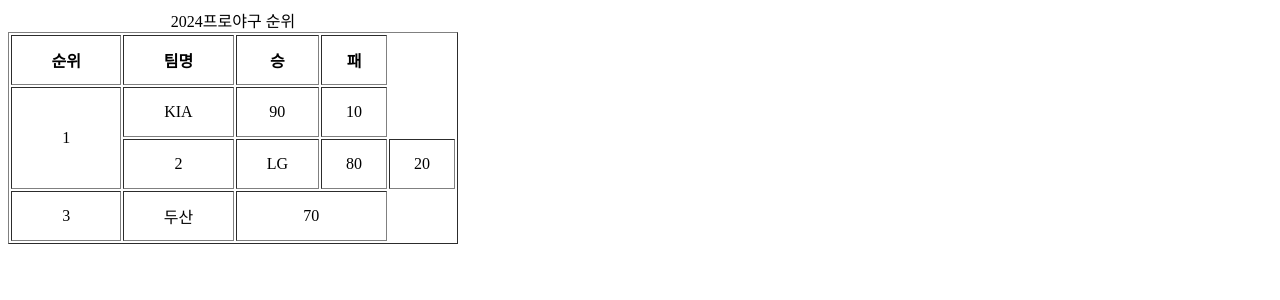
Repository: angelSuho/KCC_Learning_Repo
Page: Html/WebContent/table.html
These files come from the project's save history. The page is drawn as it stood at one moment and after the next save; the edit follows.
The browser window is 1280 px wide. The pictures show the whole page.

Above is the page before, as saved 2024-07-08 05:28:17.

After the next save:
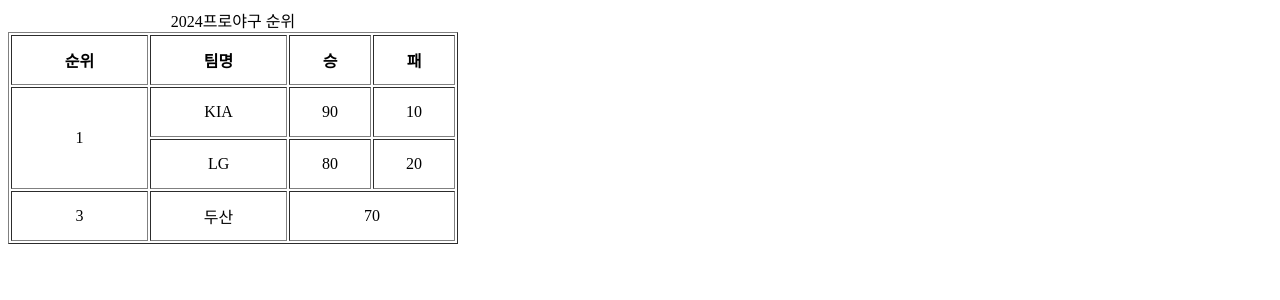
Saved 9 s later.
--- a/Html/WebContent/table.html
+++ b/Html/WebContent/table.html
@@ -23,7 +23,7 @@
 			<td>10</td>
 			</tr>
 			<tr height="50" align="center">
-			<td>2</td>
+			<!-- <td>2</td> -->
 			<td>LG</td>
 			<td>80</td>
 			<td>20</td>
